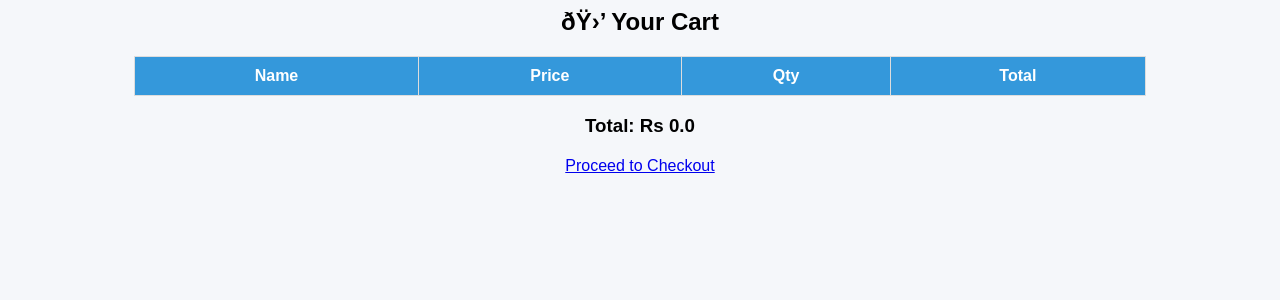
Repository: pranatirao365/WT
Page: http://localhost/ShoppingCartApp/cart
These files come from the project's save history. The page is drawn as it stood at one moment and after the next save; the edit follows.
The browser window is 1280 px wide. The pictures show the whole page.
The page is served by Tomcat 10. Other server files are loaded and not shown.

Above is the page before, as saved 2026-04-26 12:36:59.

### week-13/ShoppingCartApp/src/main/webapp/cart.jsp
<%@ page import="java.util.*, com.app.CartItem" %>

<html>
<head>
<style>
body { font-family: Arial; background:#f5f7fa; }
table {
    width:80%; margin:auto;
    border-collapse:collapse;
    background:white;
}
th, td {
    padding:10px;
    border:1px solid #ddd;
    text-align:center;
}
th { background:#3498db; color:white; }
a { display:block; text-align:center; margin:20px; }
</style>
</head>

<body>

<h2 style="text-align:center;">🛒 Your Cart</h2>

<table>
<tr>
<th>Name</th>
<th>Price</th>
<th>Qty</th>
<th>Total</th>
</tr>

<%
List<CartItem> cart = (List<CartItem>) request.getAttribute("cart");

if (cart != null) {
    for (CartItem item : cart) {
%>
<tr>
<td><%= item.getName() %></td>
<td><%= item.getPrice() %></td>
<td><%= item.getQuantity() %></td>
<td><%= item.getTotal() %></td>
</tr>
<%
    }
}
%>

</table>

<h3 style="text-align:center;">Total: Rs <%= request.getAttribute("total") %></h3>

<a href="checkout.jsp">Proceed to Checkout</a>

</body>
</html>

### week-13/ShoppingCartApp/src/main/java/com/app/CartServlet.java
package com.app;

import java.io.IOException;
import java.util.*;
import jakarta.servlet.*;
import jakarta.servlet.http.*;
import jakarta.servlet.annotation.WebServlet;

@WebServlet("/cart")
public class CartServlet extends HttpServlet {

    protected void doGet(HttpServletRequest req, HttpServletResponse res)
            throws ServletException, IOException {

        HttpSession session = req.getSession();
        List<CartItem> cart = (List<CartItem>) session.getAttribute("cart");

        double total = 0;

        if (cart != null) {
            for (CartItem item : cart) {
                total += item.getTotal();
            }
        }

        req.setAttribute("cart", cart);
        req.setAttribute("total", total);

        req.getRequestDispatcher("cart.jsp").forward(req, res);
    }
}

After the next save:
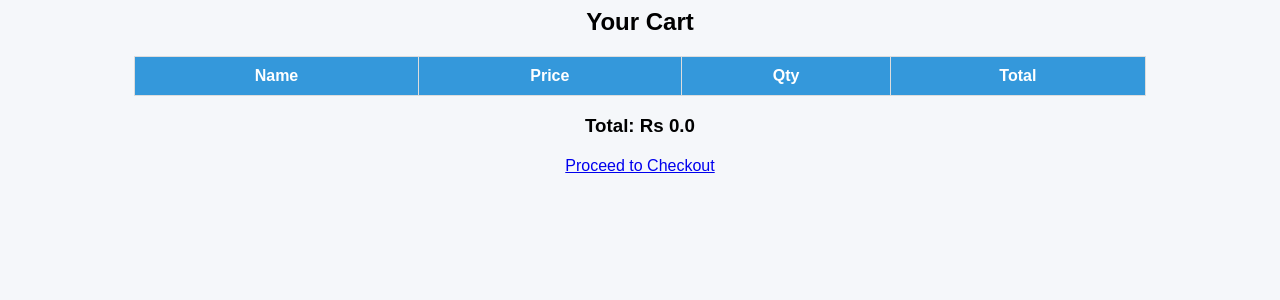
Saved 11 s later.
--- a/week-13/ShoppingCartApp/src/main/webapp/cart.jsp
+++ b/week-13/ShoppingCartApp/src/main/webapp/cart.jsp
@@ -21,7 +21,7 @@ a { display:block; text-align:center; margin:20px; }
 
 <body>
 
-<h2 style="text-align:center;">🛒 Your Cart</h2>
+<h2 style="text-align:center;">Your Cart</h2>
 
 <table>
 <tr>
